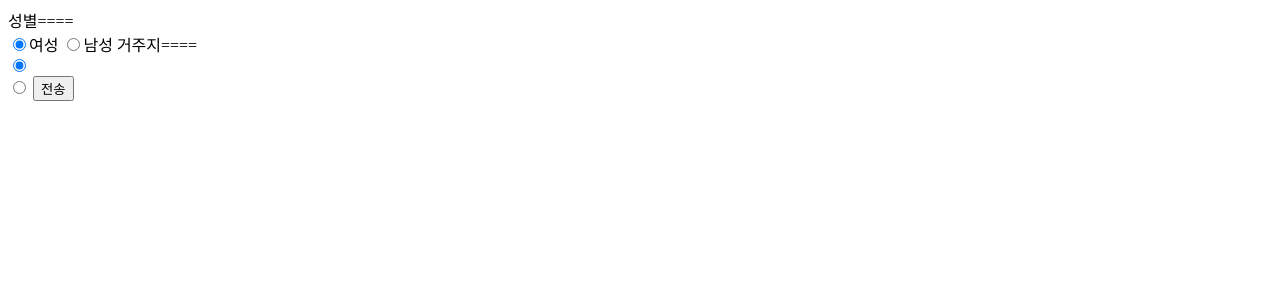
Repository: WonHwiAhn/JAVAClass
Page: 180130_GetParameterEx/WebContent/radio.html
An editor plug-in stored every save of this project. The page is shown before and after the next save, followed by the edit.
The browser window is 1280 px wide. The pictures show the whole page.

Above is the page before, as saved 2018-01-30 06:25:59.

### 180130_GetParameterEx/WebContent/radio.html
<!DOCTYPE html>
<html>
<head>
<meta charset="EUC-KR">
<title>Insert title here</title>
</head>
<body>
	<form action="test5">
		성별====<br>
		<input type="radio" name="sex" value="여성" checked>여성
		<input type="radio" name="sex" value="남성">남성
		거주지====<br>
		<input type="radio" name="sido" value="수도권" checked><br>
		<input type="radio" name="sido" value="비수도권">
		<input type="submit" value="전송">
	</form>
</body>
</html>

After the next save:
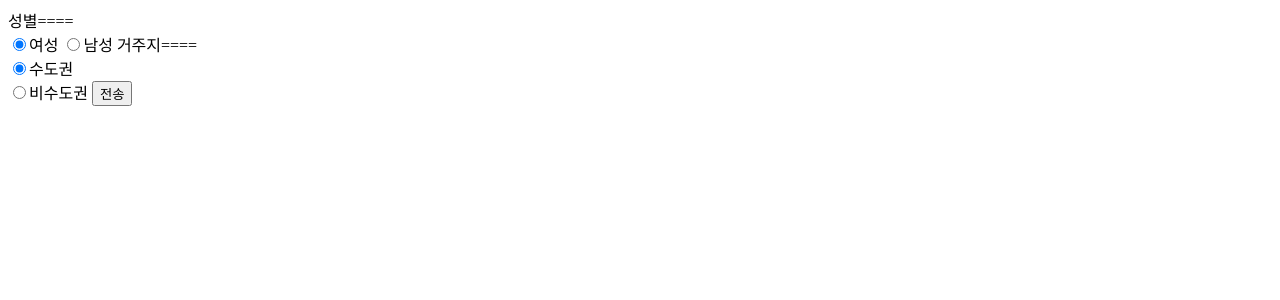
Saved 9 s later.
--- a/180130_GetParameterEx/WebContent/radio.html
+++ b/180130_GetParameterEx/WebContent/radio.html
@@ -10,8 +10,8 @@
 		<input type="radio" name="sex" value="여성" checked>여성
 		<input type="radio" name="sex" value="남성">남성
 		거주지====<br>
-		<input type="radio" name="sido" value="수도권" checked><br>
-		<input type="radio" name="sido" value="비수도권">
+		<input type="radio" name="sido" value="수도권" checked>수도권<br>
+		<input type="radio" name="sido" value="비수도권">비수도권
 		<input type="submit" value="전송">
 	</form>
 </body>
